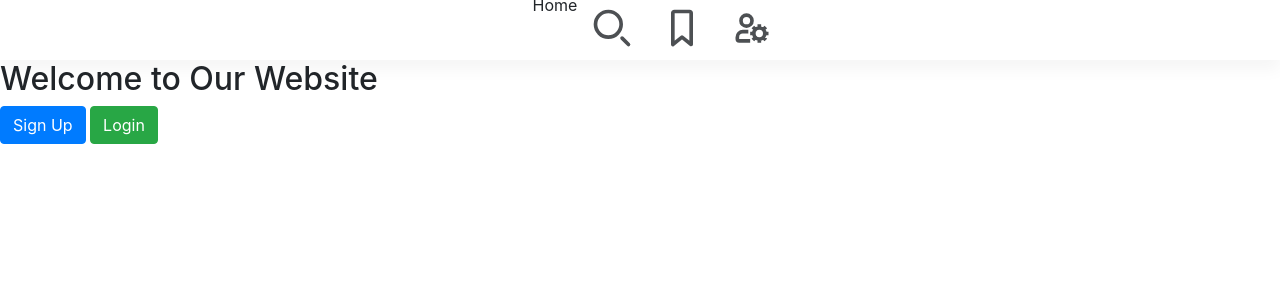
Repository: khoilvgcc210040/nextgenedu
Page: http://localhost/
These files come from the project's save history. The page is drawn as it stood at one moment and after a run of saves; the edit follows.
The browser window is 1280 px wide. The pictures show the whole page.
The page is served by the project's application, run on Django 5.2 (manage.py).

Above is the page before, as saved 2024-08-10 18:20:51.

After the next 3 saves:
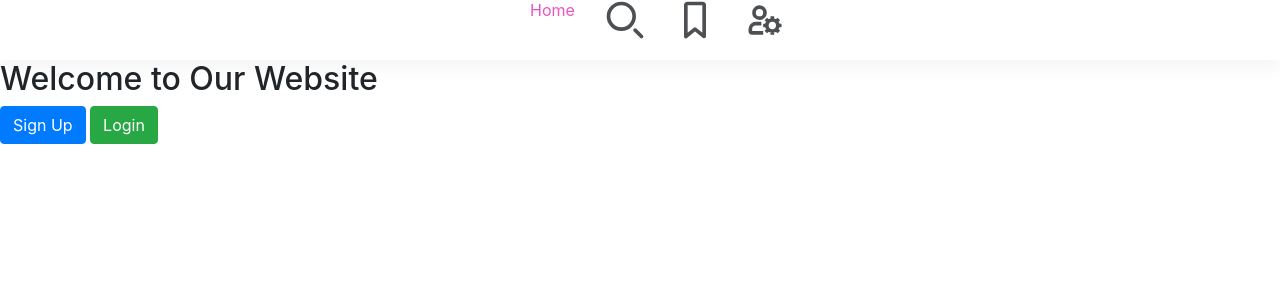
The 3 saves are shown as one change because they came seconds apart.
The last was saved 11 s later.
--- a/templates/home.html
+++ b/templates/home.html
@@ -64,7 +64,7 @@
                 <input checked="" name="rad" class="radio" id="choose1" type="radio" />
                 <label for="choose1">
                     <li class="li">
-                    <p>Home</p>
+                    <p class="svg">Home</p>
                     </li>
                 </label>
                 <input class="radio" name="rad" id="choose2" type="radio" />
